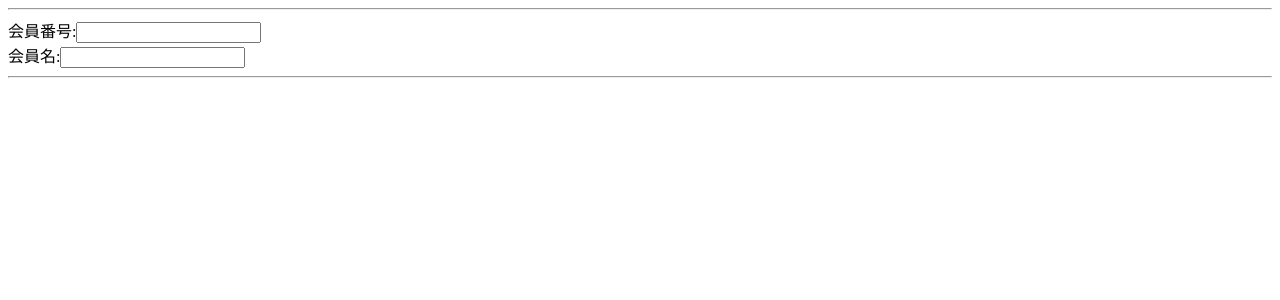
Repository: aiueo20/18ca0155
Page: SSP/kadai0204/WebContent/index.html
These files come from the project's save history. The page is drawn as it stood at one moment and after the next save; the edit follows.
The browser window is 1280 px wide. The pictures show the whole page.

Above is the page before, as saved 2018-11-26 07:34:59.

### SSP/kadai0204/WebContent/index.html
<!DOCTYPE html>
<html>
<head>
<meta charset="UTF-8">
<title>kadai0204</title>
</head>
<body>
<form action="/kadai0204/BuyServlet" method="get">
<hr>
会員番号:<input type="text" name="kaiinnbangou"><br>
会員名:<input type="text" name="kaiinnmei"><br>
<hr>

</form>

</body>
</html>

After the next save:
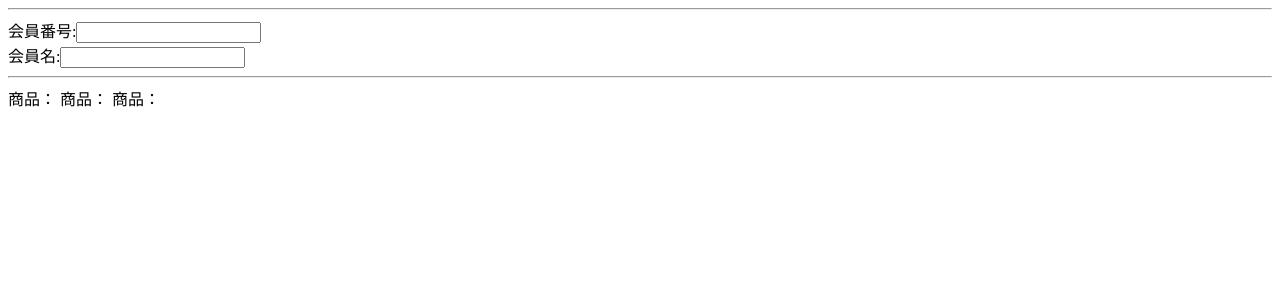
Saved 12 s later.
--- a/SSP/kadai0204/WebContent/index.html
+++ b/SSP/kadai0204/WebContent/index.html
@@ -10,7 +10,9 @@
 会員番号:<input type="text" name="kaiinnbangou"><br>
 会員名:<input type="text" name="kaiinnmei"><br>
 <hr>
-
+商品：
+商品：
+商品：
 </form>
 
 </body>
